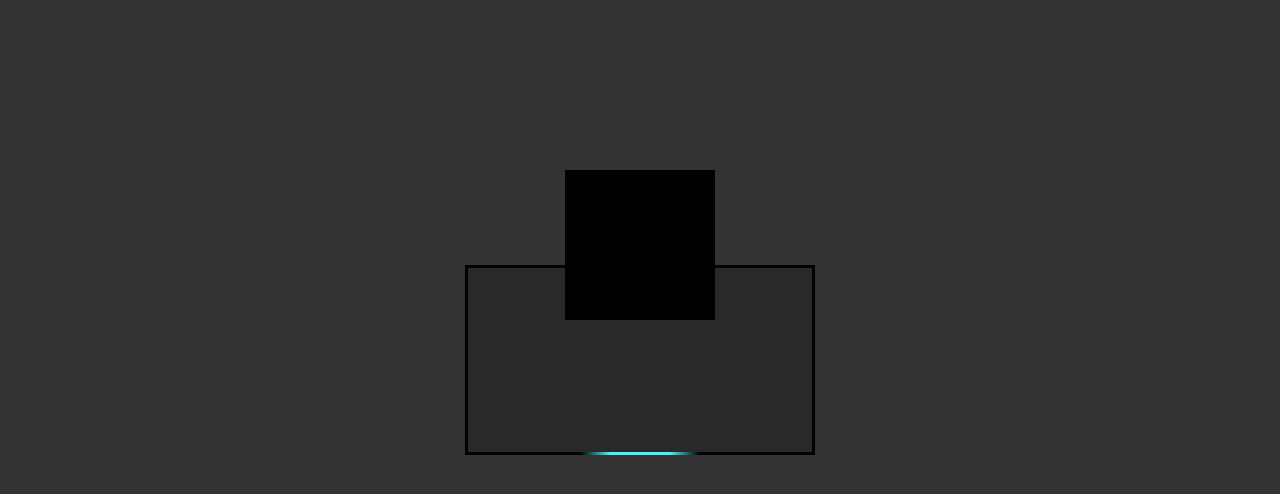
Repository: SeungYn/Javascript-study-toy
Page: profile-card/index.html
These files come from the project's save history. The page is drawn as it stood at one moment and after the next save; the edit follows.
The browser window is 1280 px wide. The pictures show the whole page.

Above is the page before, as saved 2023-01-12 15:36:49.

### profile-card/index.html
<!DOCTYPE html>
<html lang="en">
  <head>
    <meta charset="UTF-8" />
    <meta http-equiv="X-UA-Compatible" content="IE=edge" />
    <meta name="viewport" content="width=device-width, initial-scale=1.0" />
    <title>Document</title>
    <link rel="stylesheet" href="./style.css" />
  </head>
  <body>
    <div class="card">
      <div class="lines"></div>
      <div class="imgBx"></div>
    </div>
  </body>
</html>

### profile-card/style.css
@import url('https://fonts.googleapis.com/css?family-Popins:100,200,300,400,500,600,700,800,900');

* {
  margin: 0;
  padding: 0;
  box-sizing: border-box;
  font-family: 'Popins', sans-serif;
}

body {
  display: flex;
  justify-content: center;
  align-items: center;
  min-height: 100vh;
  background: #333;
}

.card {
  position: relative;
  width: 350px;
  height: 190px;
  background: #333;
  transition: 0.5s;
}

.card:hover {
  height: 450px;
}

.card .lines {
  position: absolute;
  inset: 0;
  background: #000;
  overflow: hidden;
}

.card .lines::before {
  content: '';
  position: absolute;
  top: 50%;
  left: 50%;
  transform: translate(-50%, -50%);
  width: 600px;
  height: 120px;
  background: linear-gradient(
    transparent,
    #45f3ff,
    #45f3ff,
    #45f3ff,
    transparent
  );
  animation: animate 4s linear infinite;
}

@keyframes animate {
  0% {
    transform: translate(-50%, -50%) rotate(0deg);
  }

  100% {
    transform: translate(-50%, -50%) rotate(360deg);
  }
}

.card .lines::after {
  content: '';
  position: absolute;
  inset: 3px;
  background-color: #292929;
}

.card .imgBx {
  position: absolute;
  left: 50%;
  top: -50%;
  transform: translateX(-50%);
  width: 150px;
  height: 150px;
  background: #000;
  transition: 0.5s;
  z-index: 10;
  overflow: hidden;
}

.card:hover .imgBx {
  width: 250px;
  height: 250px;
}

After the next save:
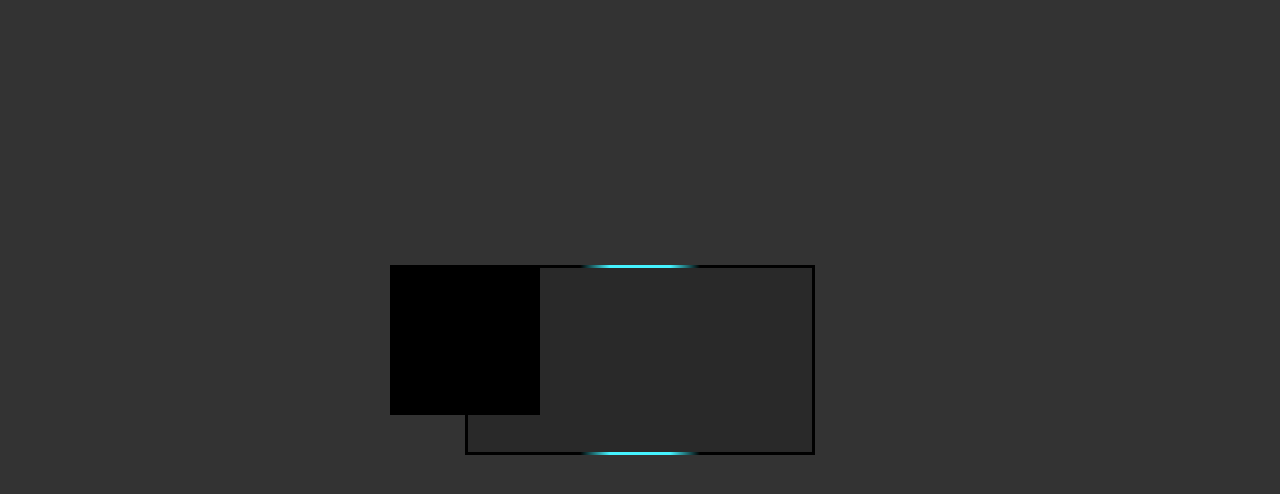
Saved 63 s later.
--- a/profile-card/style.css
+++ b/profile-card/style.css
@@ -71,8 +71,7 @@ body {
 
 .card .imgBx {
   position: absolute;
-  left: 50%;
-  top: -50%;
+
   transform: translateX(-50%);
   width: 150px;
   height: 150px;
